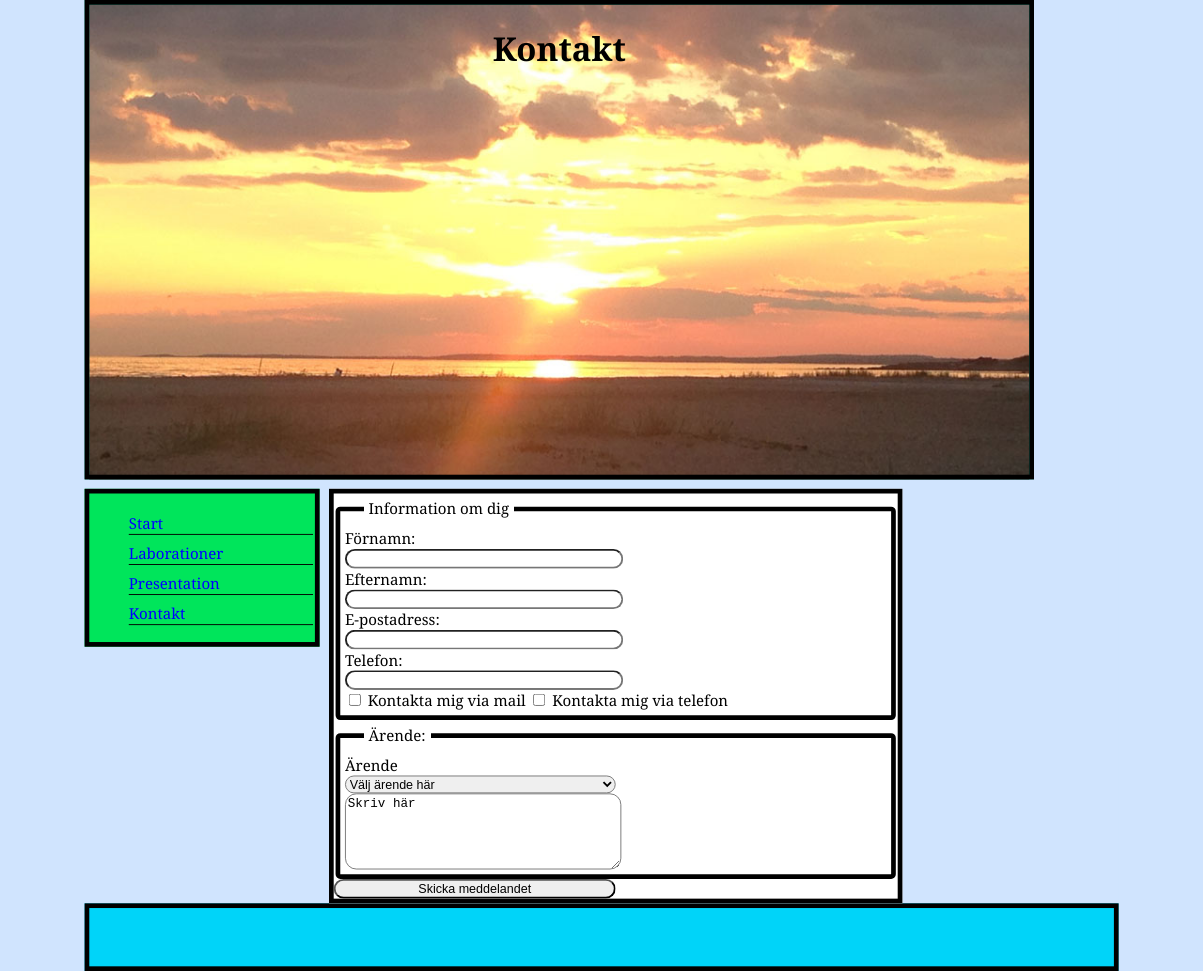
Repository: Martin-Carlsson85/HTML-och-CSS
Page: pages/kontakt.html
The author's editor kept a record of every edit. The page is drawn from the files as they stood at one moment, then again after the next edit.
The browser window is 1280 px wide. The pictures show the whole page, at 94% of full size.

Above is the page before.

After the next edit:
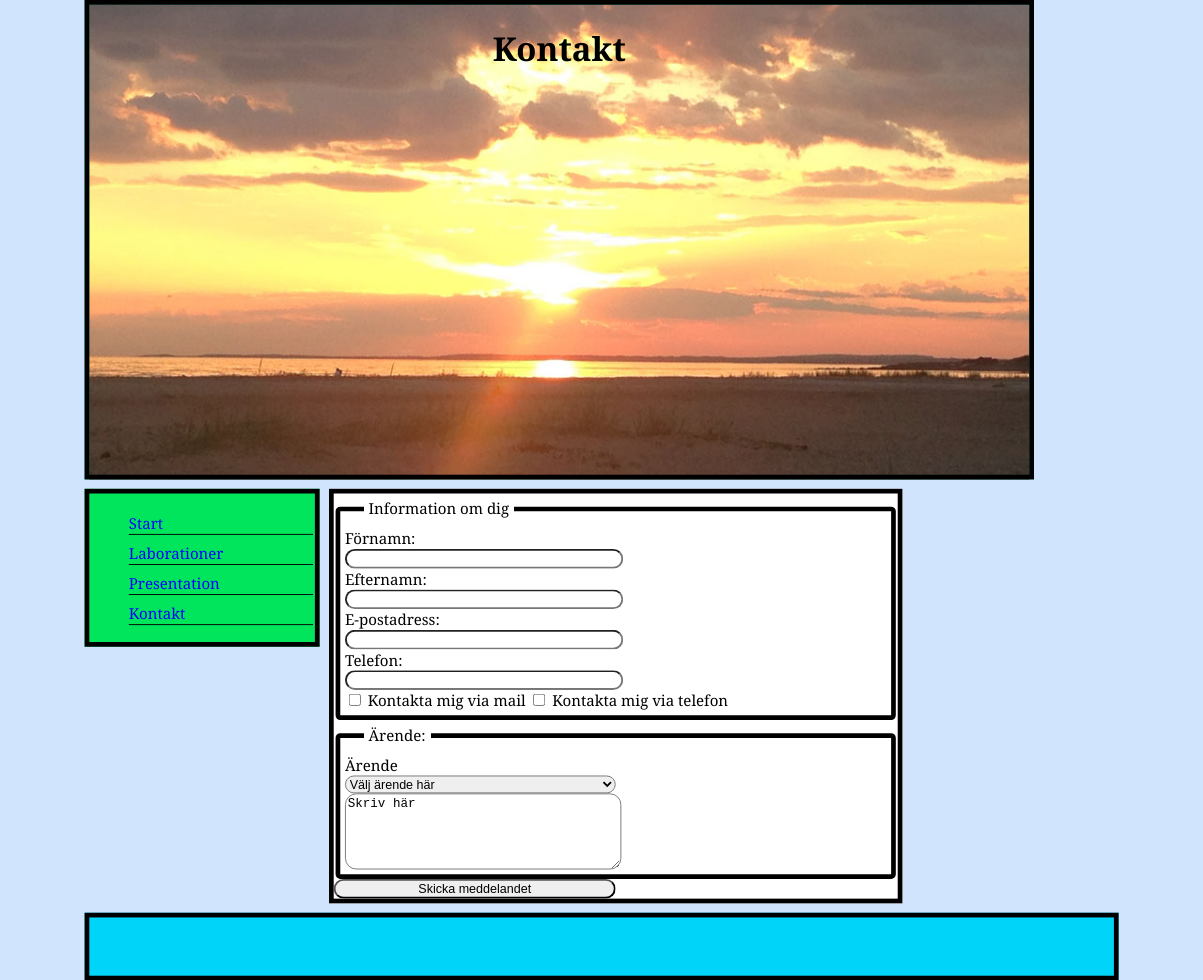
The edit:
--- a/pages/kontakt.html
+++ b/pages/kontakt.html
@@ -82,6 +82,8 @@
 
         </div>
 
+        <div class="clear"></div>
+
          <div class="footer">
 
          </div>
